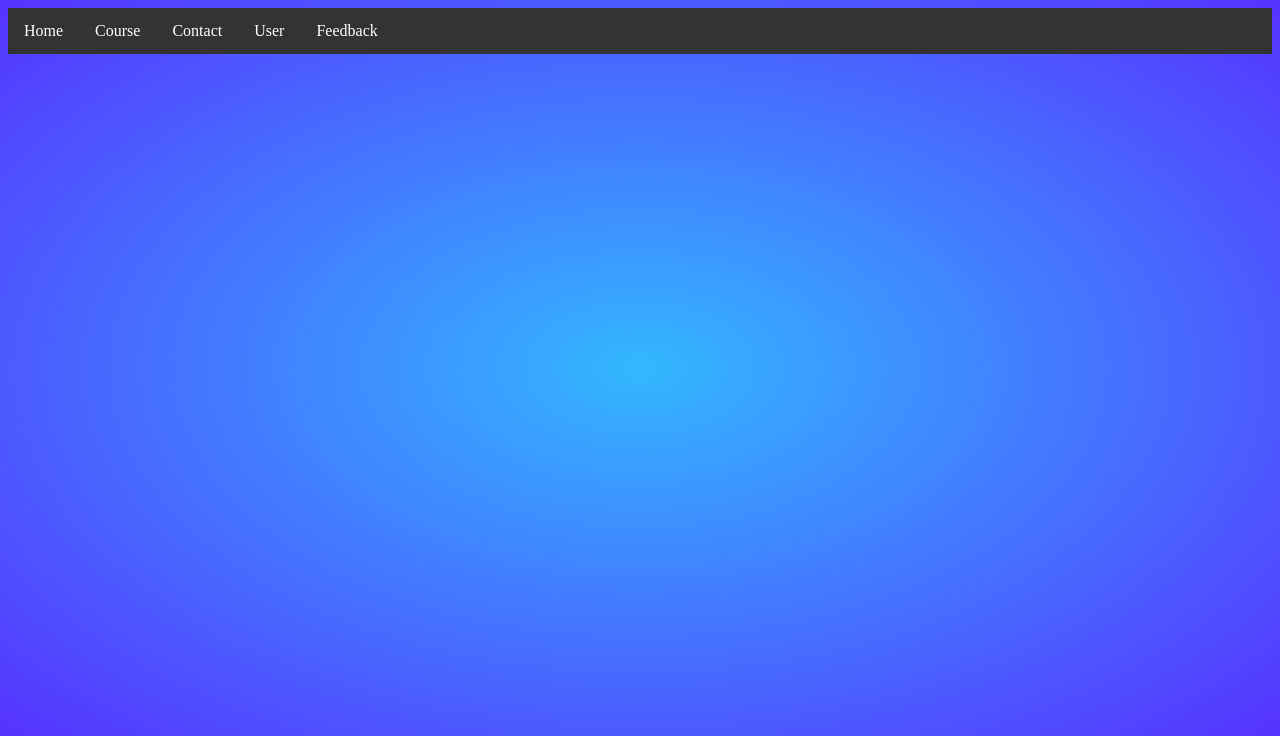
Repository: ShreyasG27/Amdocs-Training
Page: http://localhost/e-learning-frontend/afterloginadm.jsp
The author's editor kept a copy of each file at every save. The page is drawn from the files as they stood at one save, then again after the next save.
The browser window is 1280 px wide. The pictures show the whole page.
The page is served by Tomcat 9. Other server files are loaded and not shown.

Above is the page before, as saved 2021-08-22 17:08:52.

### e-learning-frontend/src/main/webapp/afterloginadm.jsp
<%@ page language="java" contentType="text/html; charset=ISO-8859-1"
    pageEncoding="ISO-8859-1"%>
<!DOCTYPE html PUBLIC "-//W3C//DTD HTML 4.01 Transitional//EN" "http://www.w3.org/TR/html4/loose.dtd">
<html>
<head>
<meta http-equiv="Content-Type" content="text/html; charset=ISO-8859-1">
<title>Admin Page</title>
<style>
body{
	background-image: radial-gradient(#33B7FF,#5633ff);
	color: white;
	height: 100vh;
}
.heading{
font-size:40px;
margin-top: 50px;
}
.submitbutton{
	margin-left:460px;
	padding:8px;
	font-size:20px;
	color: midnightblue;
	background-color:lightblue;
	border-radius:5px;
	margin-top: 20px;
}
.submitbutton:hover{
	margin-left:460px;
	padding:8px;
	font-size:20px;
	color: midnightblue;
	background-color:cyan;
	border-radius:5px;
	margin-top: 20px;
}
.inputfld{
	margin-left: 430px;
	padding: 5px;
	broder-radius:10px;
	font-size:12px;
	width:30%;
}
.inputfld1{
	margin-left: 420px;
	padding: 5px;
	broder-radius:10px;
	font-size:12px;
	width:30%;
}
.inputfld2{
	margin-left: 438px;
	padding: 5px;
	broder-radius:10px;
	font-size:12px;
	width:30%;
}
.txtfld{
	font-size:20px;
	margin-left:440px;
}
ul {
  list-style-type: none;
  margin: 0;
  padding: 0;
  overflow: hidden;
  background-color: #333;
  width:100%;
}

li {
  float: left;
}

li a {
  display: block;
  color: white;
  text-align: center;
  padding: 14px 16px;
  text-decoration: none;
}

li a:hover:not(.active) {
  background-color: #111;
}

.active {
  background-color: #33A1FF;
  color: black;
}
</style>
</head>
<body>
<ul>
  <li><a href="afterloginadm.jsp">Home</a></li>
  <li><a href="course.jsp">Course</a></li>
  <li><a href="contactdisplay.jsp">Contact</a></li>
  <li><a href="userdisplay.jsp">User</a></li>
  <li><a href="feedbackdisplay.jsp">Feedback</a></li>
</ul>
</body>
</html>

After the next save:
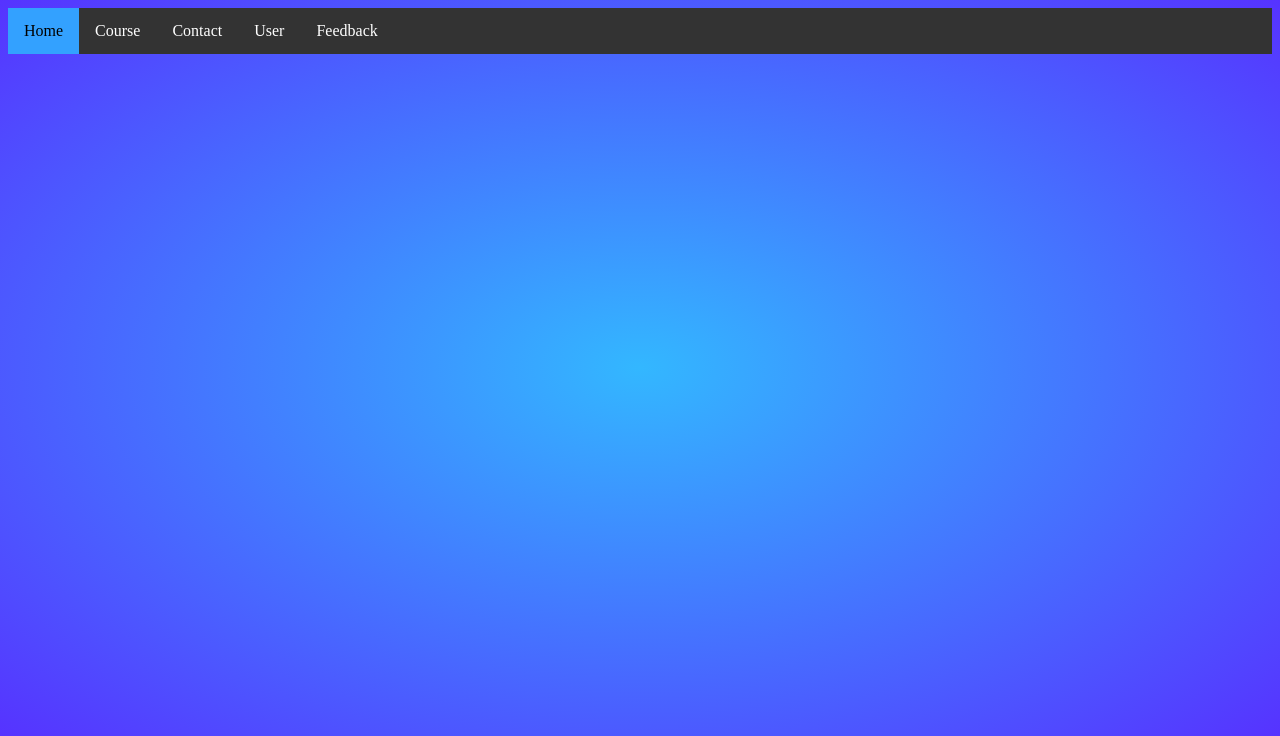
Saved 25 s later.
--- a/e-learning-frontend/src/main/webapp/afterloginadm.jsp
+++ b/e-learning-frontend/src/main/webapp/afterloginadm.jsp
@@ -91,7 +91,7 @@ li a:hover:not(.active) {
 </head>
 <body>
 <ul>
-  <li><a href="afterloginadm.jsp">Home</a></li>
+  <li><a class="active" href="afterloginadm.jsp">Home</a></li>
   <li><a href="course.jsp">Course</a></li>
   <li><a href="contactdisplay.jsp">Contact</a></li>
   <li><a href="userdisplay.jsp">User</a></li>
